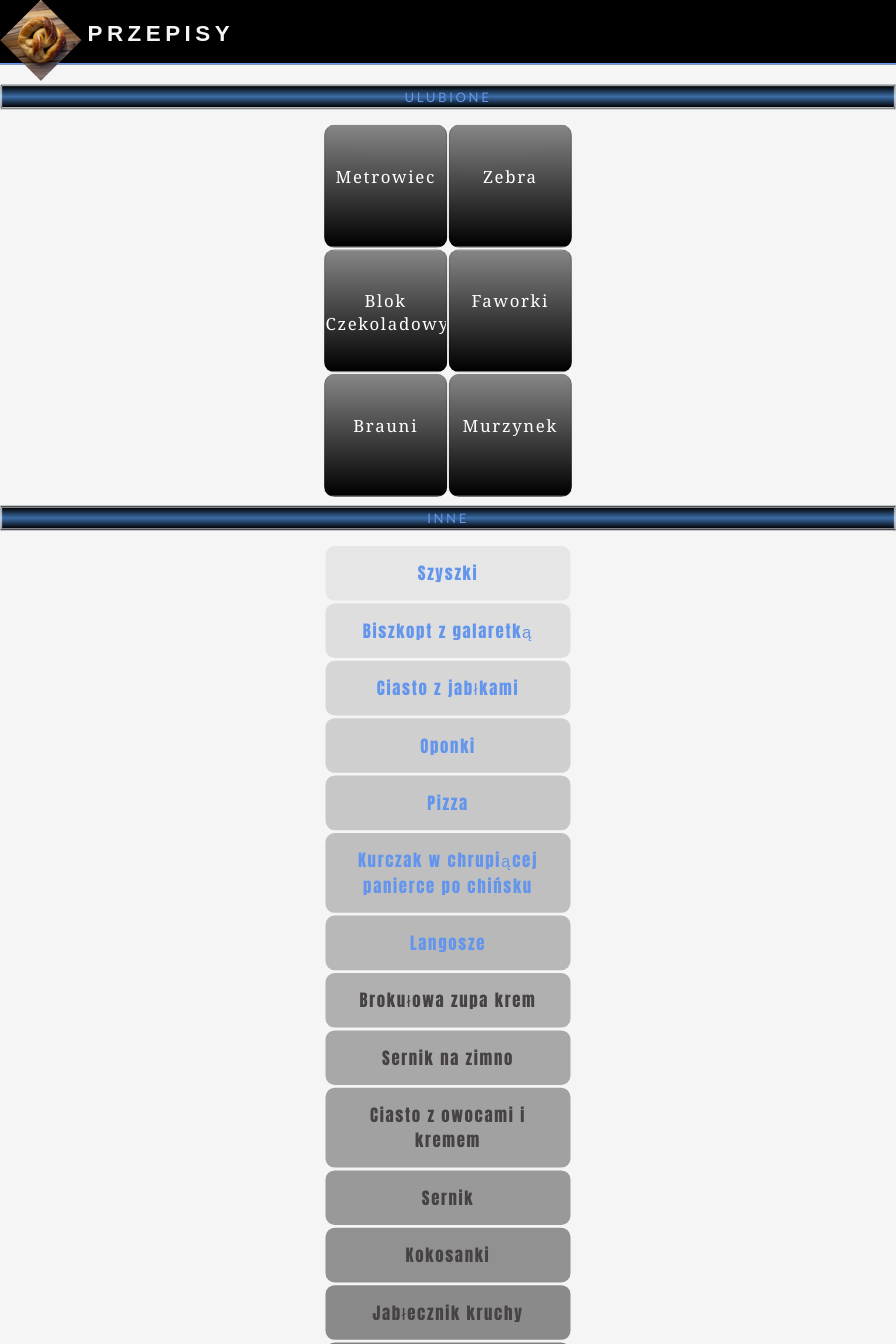
Repository: yaoayh/przepisy
Page: index.html
These files come from the project's save history. The page is drawn as it stood at one moment and after a run of saves; the edit follows.
The browser window is 1280 px wide. The pictures show the part of the page from y = 0 to 1920 px (the page is 3159 px tall), at 70% of full size.

Above is the page before, as saved 2020-08-14 00:37:04.

### index.html
<!DOCTYPE html>
<html>
    <head>
        <title>Przepisy</title>

        <meta charset="UTF-8">
        <meta name="viewport" content="width=device-width,
        initial-scale=1.0">
        <meta name="author" content="Dawid Litwin">

        <link rel="shortcut icon" href="images/icon.jpg">

        <link href="css/styles.css" type="text/css"
        rel="stylesheet" />
    </head>

    <body>
        <!--                HEADER                           -->
        <div id="header">
            <div class="picture">
                <a href="#top"><img src="images/precel.jpg" alt="precel"
                title="obrazek przedstawiajacy precel"
                width= "82,8" height= "82,8"></a>
            </div>
        <h1>Przepisy</h1>
        </div>


        <!--                    INFO 1                       -->

        <div class="info_Nr1">
            <h3>Ulubione</h3>
        </div>
        <!--                    SQARES                       -->

        <form class="head_Sqares">
            <!----------------------------------------------------------------------------------------------------------------------------------------------------------------------->
            <a class="m1" href="podstrony/metrowiec.html">
            <div class="sqares_Left">
                <p class="first_Choice">Metrowiec
                </p>
            </div></a>
            <a href="podstrony/Zebra.htm">
            <div class="sqares_Right">
                <p>Zebra</p>
            </div></a>
            <!---->
            <a href="podstrony/blok_Czekoladowy.html"><div class="sqares_Left">
                <p class="bigger">Blok Czekoladowy</p>
            </div></a>
            <a href="podstrony/faworki.html"><div class="sqares_Right">
                <p>Faworki</p>
            </div></a>
            <!---->
            <a href="podstrony/brauni.html"> <div class="sqares_Left">
                <p>Brauni</p>
            </div></a>
            <a href="podstrony/murzynek.html"><div class="sqares_Right">
                <p>Murzynek</p>
            </div></a>
            <!----------------------------------------------------------------------------------------------------------------------------------------------------------------------->
        </form>
        <div class="info_Nr2">
            <h3>Inne</h3>
        </div>
        <!--            CZEŚĆ DRUGA                          -->

        <form class="main2">
            <a href="podstrony/szyszki.html"><div class="n1"><p class="p1">Szyszki</p></div></a>
            <a href="podstrony/biszkopt_z_galaretką.html"><div class="n2"><p class="p1">Biszkopt z galaretką</p></div></a>
            <a href="podstrony/ciasto_z_jablkami.html"><div class="n3"><p class="p1">Ciasto z jabłkami</p></div></a>
            <a href="podstrony/oponki.html"><div class="n4"><p class="p1">Oponki</p></div></a>
            <a href="podstrony/pizza.html"><div class="n5"><p class="p1">Pizza</p></div></a>
            <a href="podstrony/kurczak_po_chinsku.html"><div class="n6"><p class="p1">Kurczak w chrupiącej panierce po chińsku</p></div></a>
            <a href="podstrony/langosze.html"><div class="n7"><p class="p1">Langosze</p></div></a>
            <a href="podstrony/brokulowa_zupa_krem.html"><div class="n8"><p class="p1_Shadow">Brokułowa zupa krem</p></div></a>
            <a href="podstrony/sernik_na_zimno.html"><div class="n9"><p class="p1_Shadow">Sernik na zimno</p></div></a>
            <a href="podstrony/ciasto_z_owocami_i_kremem.html"><div class="n10"><p class="p1_Shadow">Ciasto z owocami i kremem</p></div></a>
            <a href="podstrony/sernik.html"><div class="n11"><p class="p1_Shadow">Sernik</p></div></a>
            <a href="podstrony/kokosanki.html"><div class="n12"><p class="p1_Shadow">Kokosanki</p></div></a>
            <a href="podstrony/jablecznik_kruchy.html"><div class="n13"><p class="p1_Shadow">Jabłecznik kruchy</p></div></a>
            <a href="podstrony/ciasto_kasi.html"><div class="n14"><p class="p1_Shadow">Ciasto Kasi</p></div></a>
            <a href="podstrony/ciasto_ucierane.html"><div class="n15"><p class="p1">Ciasto ucierane z owocami</p></div></a>
            <a href="podstrony/gofry.html"><div class="n16"><p class="p1">Gofry</p></div></a>
            <a href="podstrony/brauni.html"><div class="n17"><p class="p1">Brauni Kasi</p></div></a>
            <a href="podstrony/salatka_francuska.html"><div class="n18"><p class="p1">Sałatka francuska</p></div></a>
            <a href="podstrony/botwina.html"><div class="n19"><p class="p1">Botwina</p></div></a>
            <a href="podstrony/nalewka.html"><div class="n20"><p class="p1">Nalewka</p></div></a>
            <a href="podstrony/salatka_zolta.html"><div class="n21"><p class="p1">Sałatka żółta</p></div></a>
            <a href="podstrony/ogorki_konserwowe.html"><div class="n22"><p class="p1">Ogórki konserwowe</p></div></a>
            <a href="podstrony/zacierki.html"><div class="n23"><p class="p1">Zacierki</p></div></a>
            <div class="n24"><p class="p1">Zupa serowa z pulpetami</p></div>
            <a href="podstrony/sos_beszamelowy_zapiekany.html"><div class="n25"><p class="p1">Sos beszamelowy Zapiekany</p></div></a>
            <a href="podstrony/kurczak_z_antylii.html">
                <div class="n26">
                    <p class="p1">Kurczak z Antylii</p>
                </div>
            </a>
            <br>

        </form>
        <br><br><br>

        <!--            PRAWA AUTORIESKIE                    -->

        <form class="bottom">
            <strong> <q>Precel</q>
                by <a class="a_Bottom" href="https://www.flickr.com/photos/ajay_suresh/">ajay_suresh</a>
        </strong>
        </form>


    </body>
</html>

### css/styles.css

html{overflow: scroll;}
body {
    height: auto;
	margin: 0px;
    background-color: whitesmoke;
}

/*                      Nagłówek                    */
body.body_Undersite{
    padding: 5px;
}
#header {
    top: 0px;
    width: 100%;
    height: 90px;
    position: fixed;
    background-color: black;
    border-bottom: 2px solid cornflowerblue;}

.picture{
    margin: 16px;
    float: left;
    width: 82px;
    transform: rotate(45deg);}

h1 {
    text-transform: uppercase;
    font-family: Arial, Helvetica, sans-serif;
    letter-spacing: 0.2em;
    font-style: normal;
    color: whitesmoke;
    padding: 30px 30px 30px 15px;
    margin-left: 110px;
    margin-top: 0px;}


/*                  CZESC II                    */
form.main2{
    margin: auto;
    height: auto; /*531px;*/
    width: 354px;/*354px;*/
    background-color: whitesmoke;
    padding: 5px;}
.info_Nr1, .info_Nr2{
    background-image: linear-gradient( black,rgba(9, 72, 145, 0.788), black);
    border: 12px 12px 12px 12px;
    border-color: white;
    border-style: double;
    text-align: center;
    margin-top: 120px;
    margin-bottom: 15px;
}

h3 {
    font-weight: normal;
    color: cornflowerblue;
    font-family: "Gill Sans", Arial, sans-serif;
    text-transform: uppercase;
    text-align: center;
    padding: 4px;
    margin: 0px;
    letter-spacing: 0.2em;}

/*                      BLOKI                   */

form.head_Sqares {
    margin: auto;
    height: 531px; /*531px;*/
    width: 354px;/*354px;*/
    background-color: whitesmoke;
    padding: 5px;}

.sqares_Left, .sqares_Right {
    text-decoration: none;
    border-radius: 15px;
    margin-top: 2px;
    width: 172px;
    height: 172px;
    background-image: linear-gradient(rgb(133, 133, 133), black);
    color: white;
    overflow: auto;
    border: 2px solid rgba(0, 0, 0, .1);
    border-top: 2px solid rgb(133, 133, 133);

}
.sqares_Left{
    float: left;
    }
/* .first_Choice{color: cornflowerblue;} */
.sqares_Right{
    float: right ;
    clear: right;}
p {

    border-radius: 5px;
    text-decoration: none;
    padding-top: 55px;
    text-align: center;
    font-family: Georgia, 'Times New Roman', Times, serif;
    font-size: x-large;
    letter-spacing: 0.10em;
    margin:0px;}
p.p1_Shadow{padding: 21px; color: rgb(70, 66, 66);
    font-family: Impact, Haettenschweiler, 'Arial Narrow Bold', sans-serif;
text-decoration: none;}
p.p1{
    font-family: Impact, Haettenschweiler, 'Arial Narrow Bold', sans-serif;
    text-decoration: none;
    padding: 21px;
    color: cornflowerblue;}
#bigger {
    font-size: 9px;
    padding: 0px 0px;}
.info_Nr2 {margin-top: 10px;}

.n1,.n2,.n3,.n4,.n5,.n6,.n7,.n8,.n9,.n10,.n11,.n12,.n13,.n14,.n15,.n16,.n17,.n18,.n19,.n20,.n21,.n22,.n23,.n24,.n25,.n26,.n27{
    border-radius: 15px;
    border: 2px solid whitesmoke;
    clear: both;}
div.n1 {

    background-color: hsl(0, 0%, 90%);
}
.n2{
    background-color: hsl(0,0%,87%);
}
.n3{
    background-color: hsl(0, 0%, 84%);
}
.n4{
    background-color: hsl(0, 0%, 81%);
}
.n5{
    background-color: hsl(0, 0%, 78%);
}
.n6{
    background-color: hsl(0, 0%, 75%);
}
.n7{
    background-color: hsl(0, 0%, 72%);
}
.n8{
    background-color: hsl(0, 0%, 69%);
}
.n9{
    background-color: hsl(0, 0%, 66%);
}
.n10{
    background-color: hsl(0, 0%, 63%);
}
.n11{
    background-color: hsl(0, 0%, 60%);
}
.n12{
    background-color: hsl(0, 0%, 57%);
}
.n13{
    background-color: hsl(0, 0%, 54%);
}
.n14{
    background-color: hsl(0, 0%, 51%);
}
.n15{
    background-color: hsl(0, 0%, 48%);
}
.n16{
    background-color: hsl(0, 0%, 45%);
}
.n17{
    background-color: hsl(0, 0%, 42%);
}
.n18{
    background-color: hsl(0, 0%, 39%);
}
.n19{
    background-color: hsl(0, 0%, 36%);
}
.n20{
    background-color: hsl(0, 0%, 33%);
}
.n21{
    background-color: hsl(0, 0%, 30%);
}
.n22{
    background-color: hsl(0, 0%, 27%);
}
.n23{
    background-color: hsl(0, 0%, 24%);
}
.n24{
    background-color: hsl(0, 0%, 21%);
}
.n25{
    background-color: hsl(0, 0%, 18%);
}
.n26{
    background-color: hsl(0, 0%, 15%);
}
.n27{background-color: hsl(0, 0%, 12%);}


/*                  PRAWA AUTORSKIE             */
.a_Bottom {
    text-decoration: none;
    color: white;
    text-decoration-line: underline;
}
.bottom {
    padding: 5px;
    text-decoration: none;
    background-color: black;
    color: white;
}
/**************************************************************************************/

#header_Undersite {
    top: 0px;
    width: 100%;
    height: 90px;
    position: fixed;
    background-color: black;
    border-bottom: 2px solid cornflowerblue;}
h1.h1_Undersite {
    letter-spacing: 0.15em;
}

a.m1:visited{
    color: cornflowerblue;
}
a {

    text-decoration: whitesmoke;

}
a:visited{
    color: whitesmoke;
}
a:hover{
    text-decoration: none;
    background-color: aquamarine;
    color: cyan;
}
td{
    font-size: large;
    text-decoration: solid;
    font-family: Arial, Helvetica, sans-serif;
    padding: 5px;
    background-color: cornflowerblue;
    border-radius: 5px;

}
form.form_Undersite{
    margin-top: 120px;
    background-color: rgb(245, 245, 245);
}
.name{
    max-width: 400px;
    border-radius: 35px;
    border: 8px double cornflowerblue;
    background-color: hsl(245,0%,95%);
    padding: 5px 0px 5px 5px;
    margin: 5px;}

h2 {
    text-align: left;
    font-size: x-large;
    text-transform: uppercase;
    font-family: Arial, Helvetica, sans-serif;
    letter-spacing: 0.2em;
    font-style: normal;
    color: whitesmoke;
    padding: 30px;
    border: 1px solid cornflowerblue;
    border-radius: 0px 20px 20px 0px;
    max-width: 120px;
    background-color: cornflowerblue;
    }
table {

    margin-right: 0px;
    padding: 10px 0px 10px 0px;
}
tr{
    empty-cells: hide;
}
td {
    width: 60px;
    background-color: hsl(0,0%,87%);
    border-radius: 10px;
    padding: 10px 5px 10px 10px;
    text-align: right;
    font-weight: bold;
}
td.table2{
    width: auto;
    background-color: cornflowerblue;
    border-radius: 50px;
    font-weight: normal;
    padding: 10px 10px 10px 10px;
    text-align: left;
}
ol{
    padding: 10px 0px 10px 0px;
    margin: 25px;
    border-radius: 20px;
    background-color: hsl(0,0%,87%);
}
li {

    font-family: Arial, Helvetica, sans-serif;
    font-size: large;
    padding: 15px 5px 10px 5px;
}
.ps{
    background-color: hsl(0,0%,87%);
    margin: 5px;
    border: 4px double cadetblue;
    border-radius: 5px;
    padding: 5px;
}

After the next 5 saves:
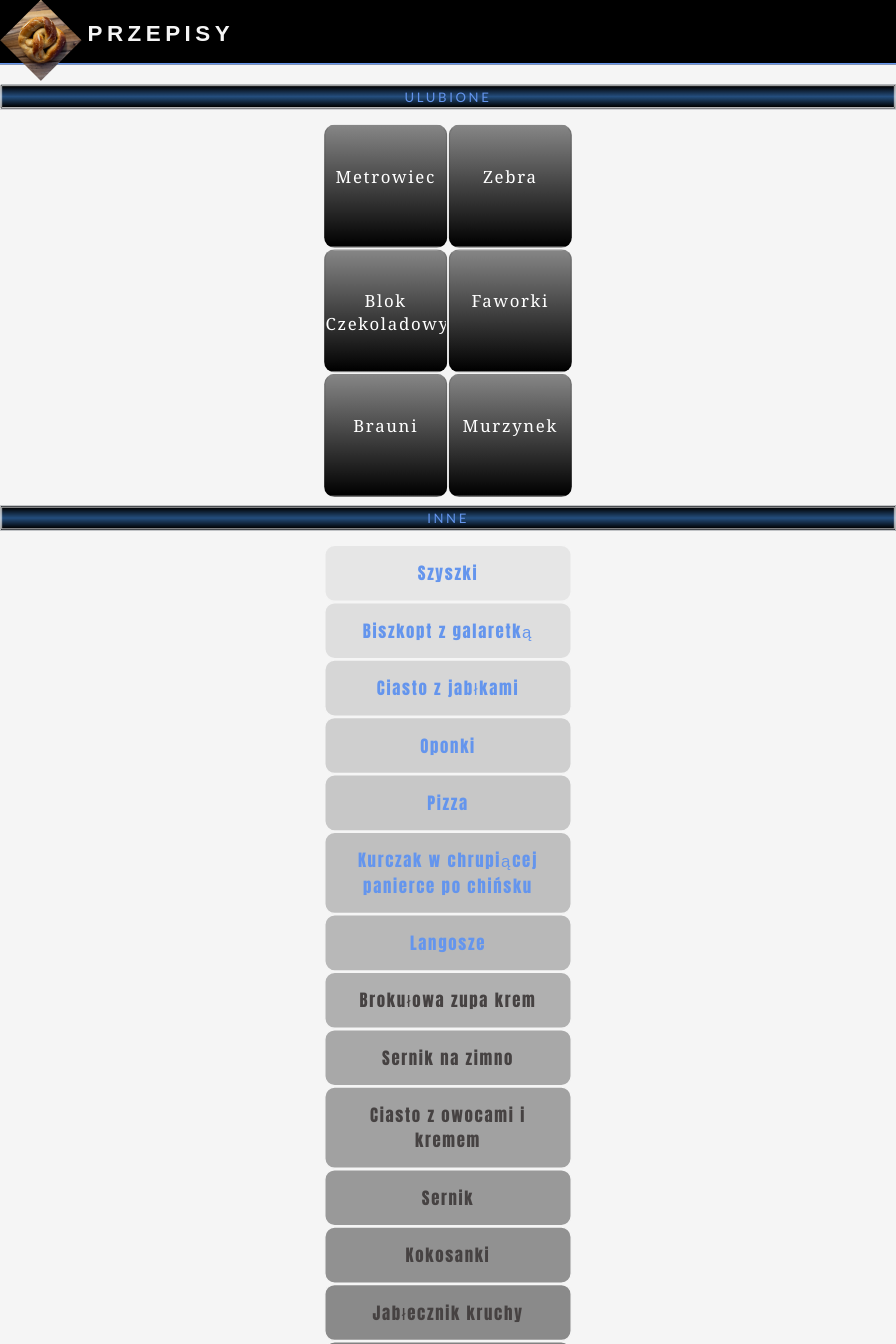
The 5 saves are shown as one change because they came seconds apart.
The last was saved 11 s later.
--- a/css/styles.css
+++ b/css/styles.css
@@ -43,7 +43,7 @@ form.main2{
     background-color: whitesmoke;
     padding: 5px;}
 .info_Nr1, .info_Nr2{
-    background-image: linear-gradient( black,rgba(9, 72, 145, 0.788), black);
+    background-image: linear-gradient( black,rgb(36, 78, 126), black);
     border: 12px 12px 12px 12px;
     border-color: white;
     border-style: double;
